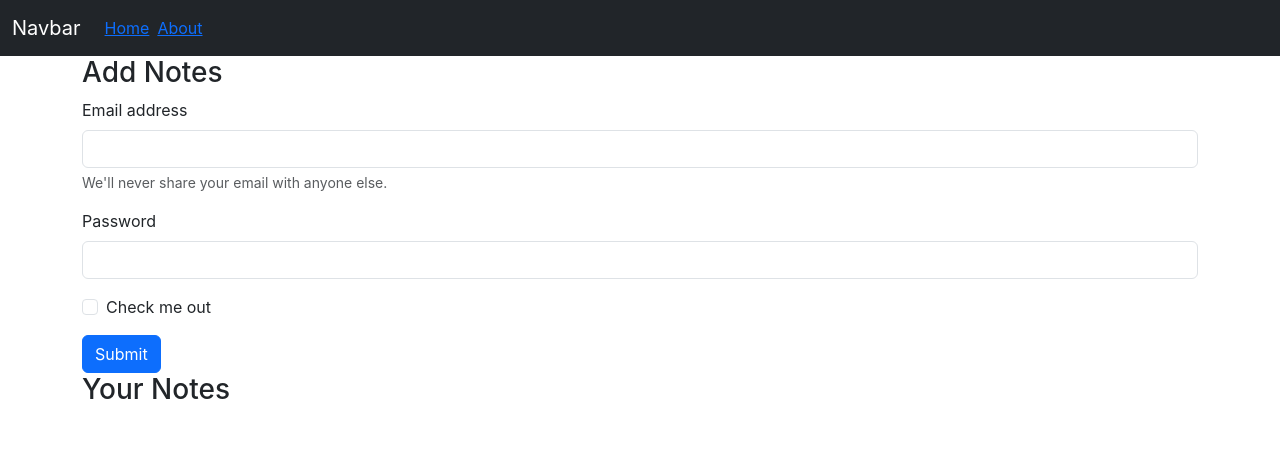
Repository: alphacode77/DailyNotes-react
Page: /
An editor plug-in stored every save of this project. The page is shown before and after the next save, followed by the edit.
The browser window is 1280 px wide. The pictures show the whole page.
Some web libraries are served in a nearby version. The project was rebuilt for these pictures with package versions that can differ from the ones it lists, and the page was loaded fresh each time. Also part of the build but not shown: src/App.css, src/components/About.js.

Above is the page before, as saved 2023-02-27 23:28:00.

After the next save:
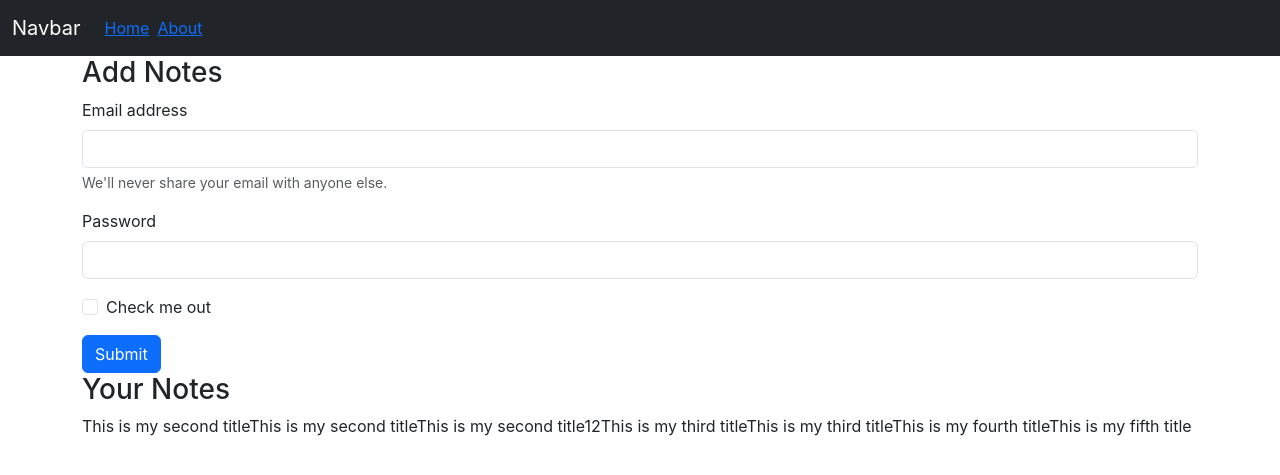
Saved 51 s later.
--- a/src/components/Home.js
+++ b/src/components/Home.js
@@ -27,7 +27,9 @@ const Home =()=>{
 </div>
 <div className="container">
   <h3>Your Notes</h3>
-
+  {notes.map((note)=>{
+    return note.title;
+  })}
 </div>
         </>
     )
